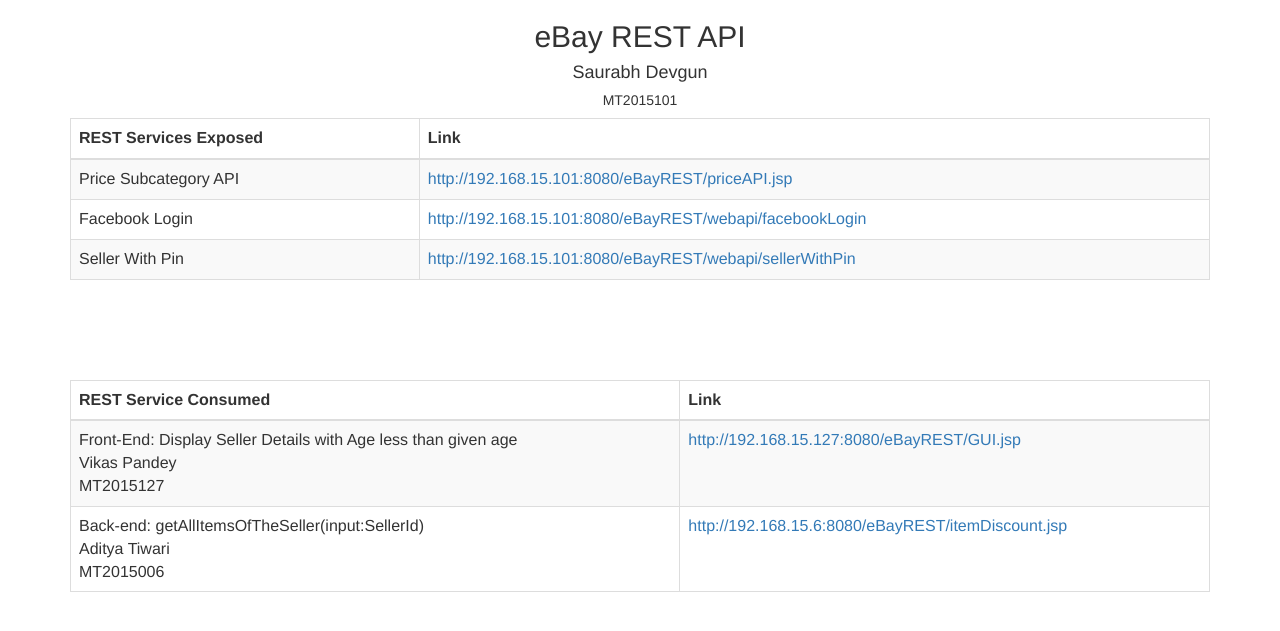
Repository: saurabh-devgun-iiitb/RESTProject
Page: http://localhost/eBayREST/
These files come from the project's save history. The page is drawn as it stood at one moment and after the next save; the edit follows.
The browser window is 1280 px wide. The pictures show the whole page.
The page is served by Tomcat 9. Other server files are loaded and not shown.

Above is the page before, as saved 2016-07-23 05:35:07.

### eBayREST/WebContent/index.jsp
<html>
<head>
  <meta name="viewport" content="width=device-width, initial-scale=1">
  <link rel="stylesheet" href="http://maxcdn.bootstrapcdn.com/bootstrap/3.3.6/css/bootstrap.min.css">
  <script src="https://ajax.googleapis.com/ajax/libs/jquery/1.12.4/jquery.min.js"></script>
  <script src="http://maxcdn.bootstrapcdn.com/bootstrap/3.3.6/js/bootstrap.min.js"></script>
</head>
<body>
	<div align="center">
	    <h2>eBay REST API</h2>
	    <h4>Saurabh Devgun</h4>
	    <h5>MT2015101</h5>
    </div>
    <div class = "container">
    <table class="table table-hover table-striped table-bordered">
      <thead>
        <tr>
          <th>REST Services Exposed</th>
          <th>Link</th>
        </tr>
      </thead>
      <tbody>
        <tr>
          <td>Price Subcategory API</td>
          <td><a href="priceAPI.jsp">http://192.168.15.101:8080/eBayREST/priceAPI.jsp</a></td>
        </tr>
        <tr>
          <td>Facebook Login</td>
          <td><a href="loginThroughFacebook.jsp">http://192.168.15.101:8080/eBayREST/webapi/facebookLogin</a></td>
        </tr>
        <tr>
          <td>Seller With Pin</td>
          <td><a href="sellerWithPin.jsp">http://192.168.15.101:8080/eBayREST/webapi/sellerWithPin</a></td>
        </tr>
      </tbody>
    </table>
    </div>
    <br><br><br><br>
    <div class="container">
    	<table class="table table-hover table-striped table-bordered">
      <thead>
        <tr>
          <th>REST Service Consumed</th>
          <th>Link</th>
        </tr>
      </thead>
      <tbody>
        <tr>
          <td>Front-End: Display Seller Details with Age less than given age<br>Vikas Pandey<br>MT2015127</td>
          <td><a href="http://192.168.15.127:8080/eBayREST/GUI.jsp">http://192.168.15.127:8080/eBayREST/GUI.jsp</a></td>
        </tr>
        <tr>
          <td>Back-end: getAllItemsOfTheSeller(input:SellerId)<br>Aditya Tiwari<br>MT2015006</td>
          <td><a href="http://192.168.15.6:8080/eBayREST/itemDiscount.jsp">http://192.168.15.6:8080/eBayREST/itemDiscount.jsp</a></td>
        </tr>
      </tbody>
    </table>
    </div>
    <!--
    <p><a href="priceAPI.jsp">Price API</a></p>
    <p><a href="loginThroughFacebook.jsp">Login through Facebook</a></p>
    <p><a href="sellerWithPin.jsp">Get Sellers In City with pin</a></p>
    -->
</body>
</html>

After the next save:
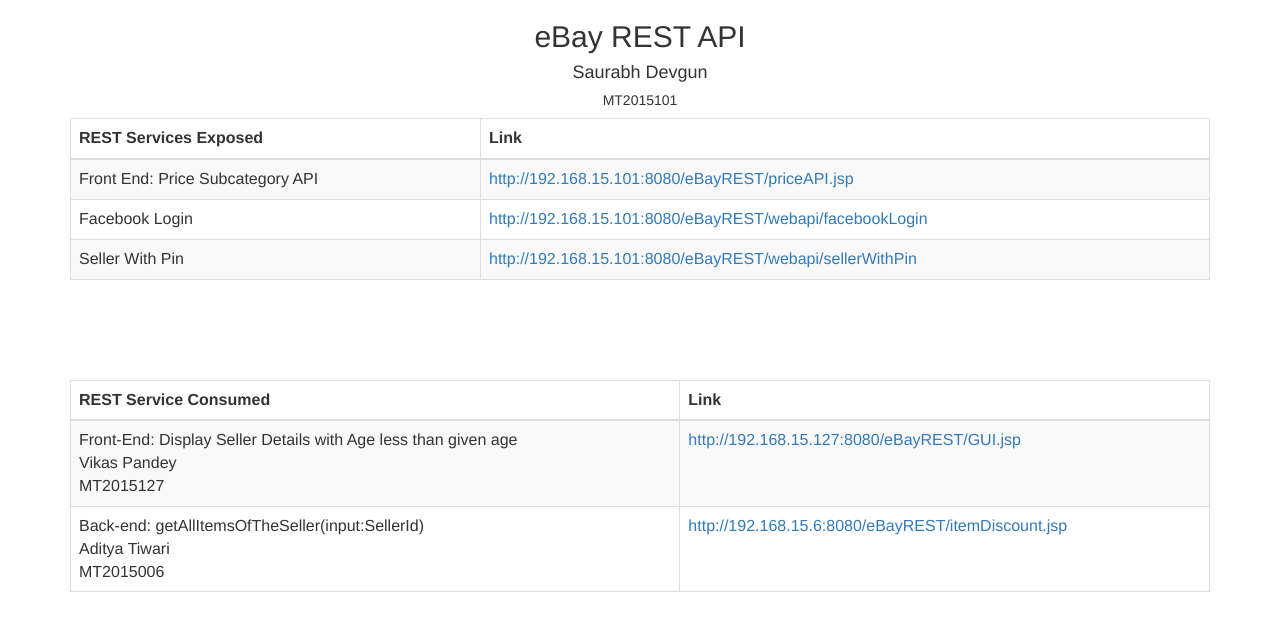
Saved 50 s later.
--- a/eBayREST/WebContent/index.jsp
+++ b/eBayREST/WebContent/index.jsp
@@ -21,7 +21,7 @@
       </thead>
       <tbody>
         <tr>
-          <td>Price Subcategory API</td>
+          <td>Front End: Price Subcategory API</td>
           <td><a href="priceAPI.jsp">http://192.168.15.101:8080/eBayREST/priceAPI.jsp</a></td>
         </tr>
         <tr>
